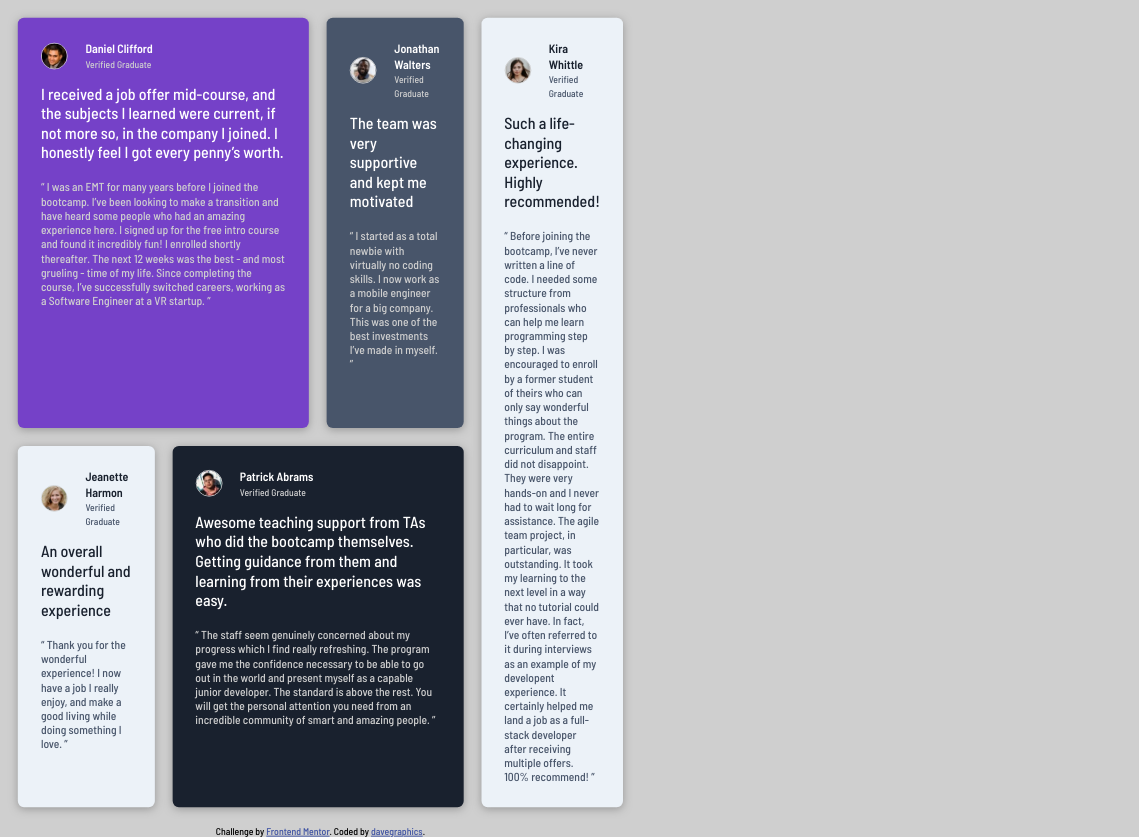
Repository: DejV44/testimonials_grid_section_main
Page: index.html
An editor plug-in stored every save of this project. The page is shown before and after the next save, followed by the edit.
The browser window is 1280 px wide. The pictures show the whole page, at 89% of full size.
The style sheet was rebuilt from its Sass, Less or Tailwind sources for each picture, by a compiler version that may differ from the author's.

Above is the page before, as saved 2021-07-15 19:59:25.

### index.html
<!DOCTYPE html>
<html lang="en">

<head>
  <meta charset="UTF-8">
  <meta name="viewport" content="width=device-width, initial-scale=1.0">
  <link rel="stylesheet" href="css/style.css">
  <link rel="icon" type="image/png" sizes="32x32" href="./images/favicon-32x32.png">
  <title>Frontend Mentor | Testimonials grid section</title>
</head>

<body>
  <div class="container">
    <div class="cards violet">
      <div class="image">
        <img src="./images/image-daniel.jpg" alt="image-daniel">
        <div>
          <h4>Daniel Clifford</h4>
          <small>Verified Graduate</small>
        </div>
      </div>
      <p>I received a job offer mid-course, and the subjects I learned were current, if not more so,
        in the company I joined. I honestly feel I got every penny’s worth.</p>
      <blockquote>“ I was an EMT for many years before I joined the bootcamp. I’ve been looking to make a
        transition and have heard some people who had an amazing experience here. I signed up
        for the free intro course and found it incredibly fun! I enrolled shortly thereafter.
        The next 12 weeks was the best - and most grueling - time of my life. Since completing
        the course, I’ve successfully switched careers, working as a Software Engineer at a VR startup. ”</blockquote>
    </div>
    <div class="cards darkgray">
      <div class="image">
        <img src="./images/image-jonathan.jpg" alt="image-jonathan">
        <div>
          <h4>Jonathan Walters</h4>
          <small>Verified Graduate</small>
        </div>
      </div>
      <p>The team was very supportive and kept me motivated</p>
      <blockquote>“ I started as a total newbie with virtually no coding skills. I now work as a mobile engineer
        for a big company. This was one of the best investments I’ve made in myself. ”</blockquote>
    </div>
    <div class="cards lgblue">
      <div class="image">
        <img src="./images/image-jeanette.jpg" alt="image-jeanette">
        <div>
          <h4>Jeanette Harmon</h4>
          <small>Verified Graduate</small>
        </div>
      </div>
      <p>An overall wonderful and rewarding experience</p>
      <blockquote>“ Thank you for the wonderful experience! I now have a job I really enjoy, and make a good living
        while doing something I love. ”</blockquote>
    </div>
    <div class="cards dbblue">
      <div class="image">
        <img src="./images/image-patrick.jpg" alt="image-patrick">
        <div>
          <h4>Patrick Abrams</h4>
          <small>Verified Graduate</small>
        </div>
      </div>
      <p>Awesome teaching support from TAs who did the bootcamp themselves. Getting guidance from them and
        learning from their experiences was easy.</p>
      <blockquote>“ The staff seem genuinely concerned about my progress which I find really refreshing. The program
        gave me the confidence necessary to be able to go out in the world and present myself as a capable
        junior developer. The standard is above the rest. You will get the personal attention you need from
        an incredible community of smart and amazing people. ”</blockquote>
    </div>
    <div class="cards lgblue_b">
      <div class="image">
        <img src="./images/image-kira.jpg" alt="image-kira">
        <div>
          <h4>Kira Whittle</h4>
          <small>Verified Graduate</small>
        </div>
      </div>
      <p>Such a life-changing experience. Highly recommended!</p>
      <blockquote>“ Before joining the bootcamp, I’ve never written a line of code. I needed some structure from
        professionals who can help me learn programming step by step. I was encouraged to enroll by a former
        student of theirs who can only say wonderful things about the program. The entire curriculum and staff
        did not disappoint. They were very hands-on and I never had to wait long for assistance. The agile team
        project, in particular, was outstanding. It took my learning to the next level in a way that no tutorial
        could ever have. In fact, I’ve often referred to it during interviews as an example of my developent
        experience. It certainly helped me land a job as a full-stack developer after receiving multiple offers.
        100% recommend! ”</blockquote>
    </div>
  </div>
  <div class="attribution">
    Challenge by <a href="https://www.frontendmentor.io?ref=challenge" target="_blank">Frontend Mentor</a>.
    Coded by <a href="#">davegraphics</a>.
  </div>
</body>

</html>

### css/style.scss
@import url("https://fonts.googleapis.com/css2?family=Barlow+Semi+Condensed:wght@500;600&display=swap");

$ModerateViolet: hsl(263, 55%, 52%);
$VeryDarkGrayishBlue: hsl(217, 19%, 35%);
$VeryDarkBlackishBlue: hsl(219, 29%, 14%);
$White: hsl(0, 0%, 100%);
$LightGray: hsl(0, 0%, 81%);
$LightGrayishBlue: hsl(210, 46%, 95%);

* {
  margin: 0;
  padding: 0;
  box-sizing: border-box;
}

body {
  width: 100vh;
  font-size: 13px;
  font-family: "Barlow Semi Condensed", sans-serif;
  background-color: $LightGray;

  .container {
    display: grid;
    grid-template-columns: 1fr;
    margin: 20px;
    gap: 20px;
    .cards {
      padding: 2em;
      border-radius: 7px;
      box-shadow: rgba(128, 128, 128, 0.712) 0px 2px 10px;

      &.violet {
        background-color: $ModerateViolet;
      }

      &.darkgray {
        background-color: $VeryDarkGrayishBlue;
      }

      &.lgblue {
        background-color: $LightGrayishBlue;
        p {
          color: $VeryDarkBlackishBlue;
        }
        blockquote {
          color: $VeryDarkGrayishBlue;
        }
        .image {
          h4 {
            color: $VeryDarkBlackishBlue;
          }
          small {
            color: $VeryDarkGrayishBlue;
          }
        }
      }

      &.lgblue_b {
        background-color: $LightGrayishBlue;
        p {
          color: $VeryDarkBlackishBlue;
        }
        blockquote {
          color: $VeryDarkGrayishBlue;
        }
        .image {
          h4 {
            color: $VeryDarkBlackishBlue;
          }
          small {
            color: $VeryDarkGrayishBlue;
          }
        }
      }
      &.dbblue {
        background-color: $VeryDarkBlackishBlue;
      }

      .image {
        display: flex;
        margin-bottom: 15px;
        align-items: center;

        img {
          border-radius: 50%;
          width: 30px;
          height: 30px;
          margin-right: 20px;
          border: 1px solid $LightGray;
        }

        h4 {
          color: $White;
          font-size: 13.5px;
        }

        small {
          color: $LightGray;
        }
      }

      blockquote {
        color: $LightGray;
        padding-top: 20px;
      }
      p {
        color: $White;
        font-size: 18px;
      }
    }
  }

  @media (min-width: 640px) {
    .container {
      grid-template-columns: repeat(2, 1fr);
    }
  }

  @media (min-width: 1280px) {
    .container {
      max-width: 1440px;
      grid-template-columns: repeat(4, 1fr);
      .cards {
        &.violet {
          grid-column: 1/3;
        }
        &.lgblue_b {
          grid-column: 4;
          grid-row: 1/3;
        }
        &.dbblue {
          grid-column: 2/4;
        }
      }
    }
  }

  .attribution {
    font-size: 11px;
    text-align: center;
  }
  .attribution a {
    color: hsl(228, 45%, 44%);
  }
}

After the next save:
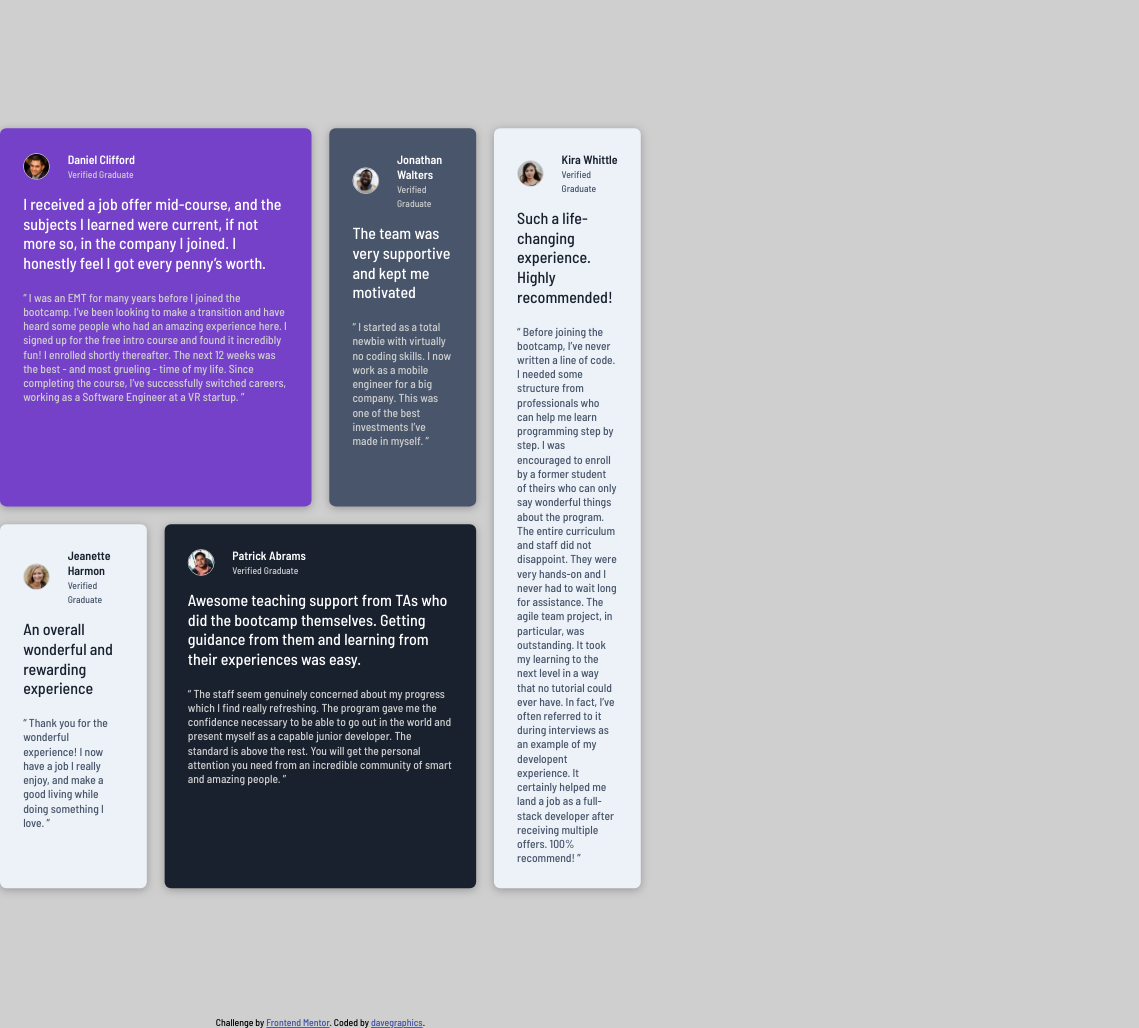
Saved 45 s later.
--- a/css/style.scss
+++ b/css/style.scss
@@ -118,6 +118,7 @@ body {
 
   @media (min-width: 1280px) {
     .container {
+      margin: 20% auto;
       max-width: 1440px;
       grid-template-columns: repeat(4, 1fr);
       .cards {
